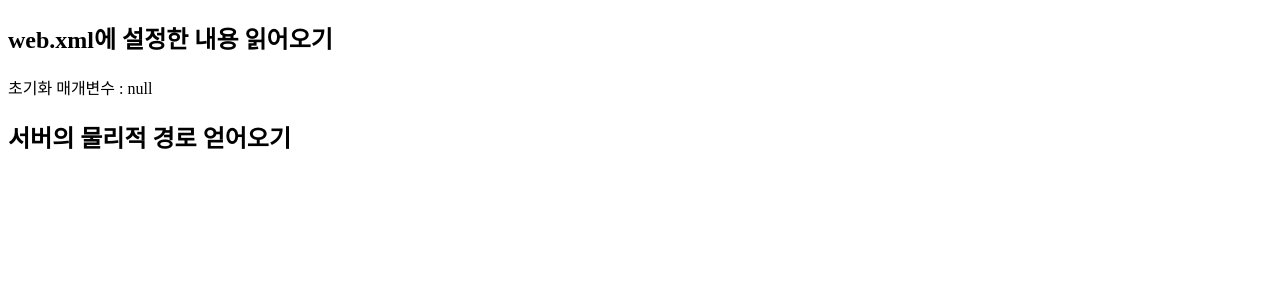
Repository: redi961/JSP_Studying
Page: http://localhost/MustHaveJSP/02_ImplicitObject/ApplicationMain.jsp
An editor plug-in stored every save of this project. The page is shown before and after the next save, followed by the edit.
The browser window is 1280 px wide. The pictures show the whole page.
The page is served by Tomcat 9. Other server files are loaded and not shown.

Above is the page before, as saved 2022-10-11 02:31:28.

### MustHaveJSP/src/main/webapp/02_ImplicitObject/ApplicationMain.jsp
<%@ page language="java" contentType="text/html; charset=UTF-8"
    pageEncoding="UTF-8"%>
<!DOCTYPE html>
<html>
<head><title>내장 객체 - Application</title>
<meta charset="UTF-8">
</head>
<body>
	<h2>web.xml에 설정한 내용 읽어오기</h2>
	초기화 매개변수 : <%= application.getInitParameter("INIT_PARAM") %>

	<h2>서버의 물리적 경로 얻어오기</h2>
</body>
</html>

After the next save:
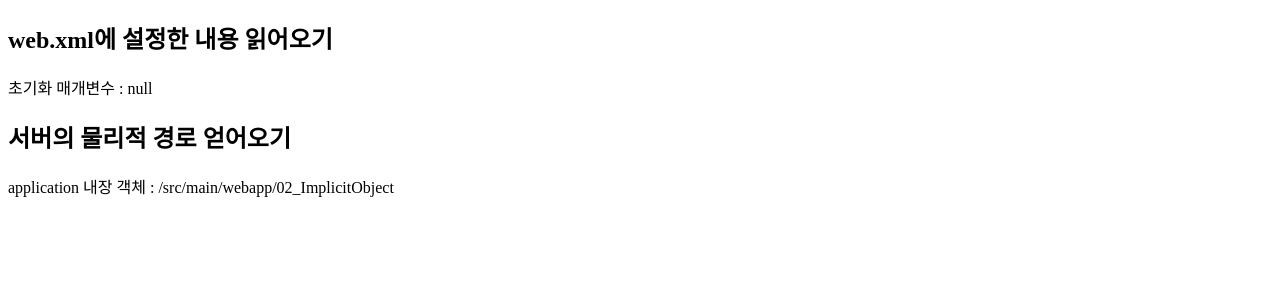
Saved 42 s later.
--- a/MustHaveJSP/src/main/webapp/02_ImplicitObject/ApplicationMain.jsp
+++ b/MustHaveJSP/src/main/webapp/02_ImplicitObject/ApplicationMain.jsp
@@ -10,5 +10,6 @@
 	초기화 매개변수 : <%= application.getInitParameter("INIT_PARAM") %>
 
 	<h2>서버의 물리적 경로 얻어오기</h2>
+	application 내장 객체 : <%= application.getRealPath("/02_ImplicitObject") %>
 </body>
 </html>
